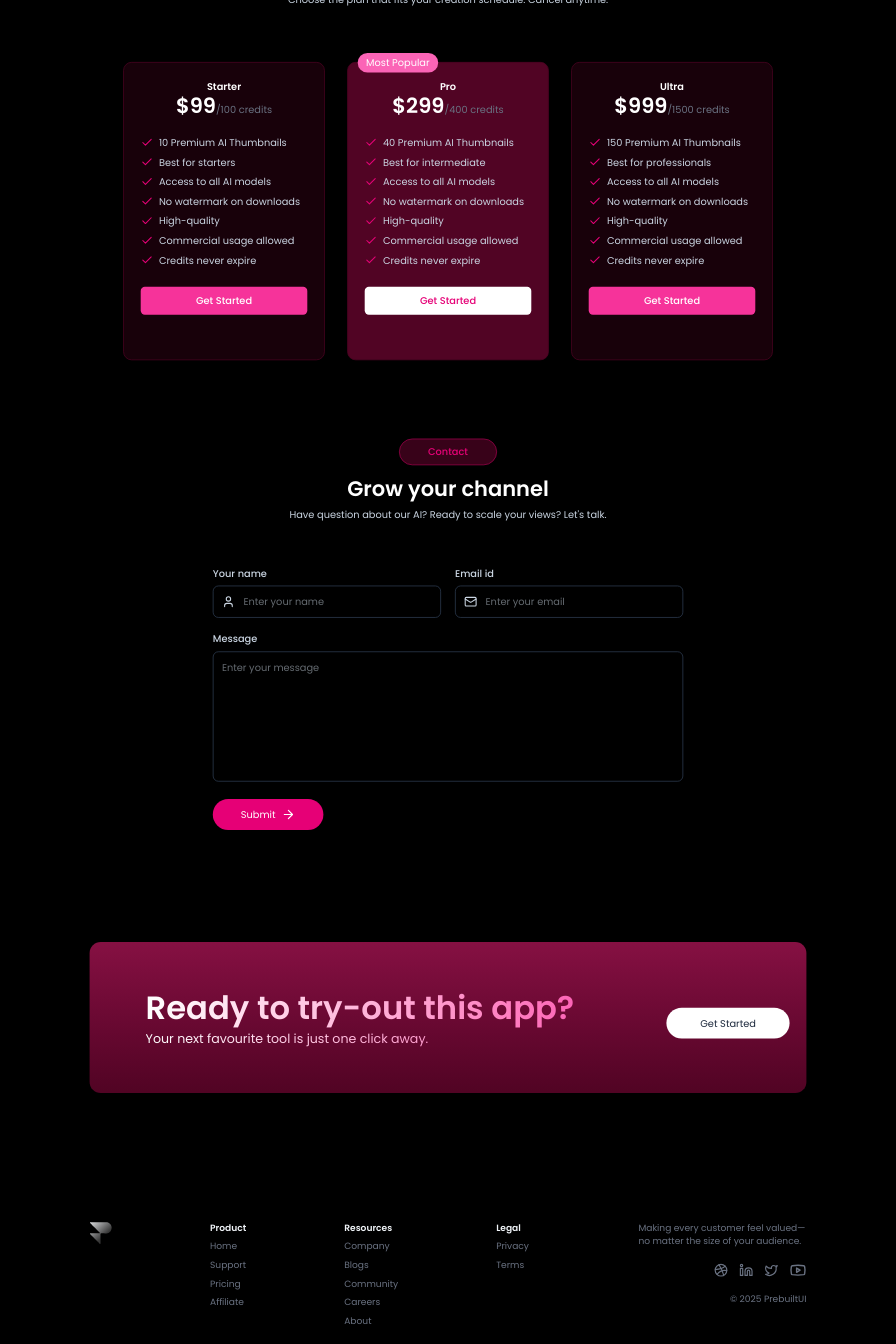
Repository: abhiraj33181/Thumblify
Page: / (app in client/)
The author's editor kept a copy of each file at every save. The page is drawn from the files as they stood at one save, then again after the next save.
The browser window is 1280 px wide. The pictures show the part of the page from y = 3442 to 5362 px (the page is 5362 px tall), at 70% of full size.
The project was rebuilt for these pictures with package versions that can differ from the ones it lists, and the page was loaded fresh each time. Also part of the build but not shown: client/vite.config.ts.

Above is the page before, as saved 2026-01-08 10:03:37.

### client/index.html
<!doctype html>
<html lang="en">

<head>
    <meta charset="UTF-8" />
    <link rel="icon" href="/favicon.svg" type="image/x-icon" />
    <meta name="viewport" content="width=device-width, initial-scale=1.0" />
    <title>Thumblify - AI Thumbnail Generator</title>
</head>

<body>
    <div id="root"></div>
    <script type="module" src="/src/main.jsx"></script>
</body>

</html>

### client/src/main.tsx
import { createRoot } from 'react-dom/client'
import App from './App.js'
import { BrowserRouter } from 'react-router-dom'

createRoot(document.getElementById('root')!).render(
    <BrowserRouter>
        <App />
    </BrowserRouter>,
)

### client/src/App.tsx
import { Route, Routes } from "react-router-dom";
import HomePage from "./pages/HomePage";
import Navbar from "./components/Navbar";
import Footer from "./components/Footer";
import "./globals.css";
import LenisScroll from "./components/LenisScroll";

export default function App() {
    return (
        <>
            <LenisScroll />
            <Navbar />
            <Routes>
                <Route path="/" element={<HomePage />} />
            </Routes>
            <Footer />
        </>
    );
}

### client/src/pages/HomePage.tsx
import HeroSection from "../sections/HeroSection";
import FeaturesSection from "../sections/FeaturesSection";
import TestimonialSection from "../sections/TestimonialSection";
import PricingSection from "../sections/PricingSection";
import ContactSection from "../sections/ContactSection";
import CTASection from "../sections/CTASection";

export default function HomePage() {
    return (
        <>
            <HeroSection />
            <FeaturesSection />
            <TestimonialSection />
            <PricingSection />
            <ContactSection />
            <CTASection />
        </>
    );
}

### client/src/globals.css
@import url('https://fonts.googleapis.com/css2?family=Poppins:ital,wght@0,100;0,200;0,300;0,400;0,500;0,600;0,700;0,800;0,900;1,100;1,200;1,300;1,400;1,500;1,600;1,700;1,800;1,900&display=swap');
@import "tailwindcss";

@theme {
    --font-poppins: "Poppins", sans-serif;
}

body {
    @apply bg-black text-white text-sm antialiased font-poppins;
}

body::selection {
    @apply bg-pink-600 text-white;
}

button {
    @apply cursor-pointer;
}

.move-gradient {
    background-image: linear-gradient(to right, var(--color-pink-500), var(--color-pink-300));
    background-size: 200% 100%;
    animation: movegradient 5s infinite;
}

@keyframes movegradient {
    0% {
        background-position: 0% 50%;
    }
    50% {
        background-position: 100% 50%;
    }
    100% {
        background-position: 0% 50%;
    }
}

### client/src/components/LenisScroll.tsx
import { useEffect } from "react";
import Lenis from "lenis";

export default function LenisScroll() {
    useEffect(() => {
        const lenis = new Lenis({
            duration: 1.2,
            smoothWheel: true,
            anchors: {
                offset: -100,
            },
        });

        const raf = (time: number) => {
            lenis.raf(time);
            requestAnimationFrame(raf);
        };

        requestAnimationFrame(raf);

        return () => {
            lenis.destroy();
        };
    }, []);

    return null;
}

### client/src/sections/TestimonialSection.tsx
import SectionTitle from "../components/SectionTitle";
import TestimonialCard from "../components/TestimonialCard";
import { testimonialsData } from "../data/testimonial";
import type { ITestimonial } from "../types";
import Marquee from "react-fast-marquee";

export default function TestimonialSection() {
    return (
        <div id="testimonials" className="px-4 md:px-16 lg:px-24 xl:px-32">
            <SectionTitle text1="Testimonials" text2="Loved by creator" text3="See how our AI thumbnails are helping channels explode their views." />

            <Marquee className="max-w-5xl mx-auto mt-11" gradient={true} speed={25} gradientColor="#000">
                <div className="flex items-center justify-center py-5 overflow-hidden">
                    {[...testimonialsData, ...testimonialsData].map((testimonial: ITestimonial, index: number) => (
                        <TestimonialCard key={index} index={index} testimonial={testimonial} />
                    ))}
                </div>
            </Marquee>
            <Marquee className="max-w-5xl mx-auto" gradient={true} speed={25} direction="right" gradientColor="#000">
                <div className="flex items-center justify-center py-5 overflow-hidden">
                    {[...testimonialsData, ...testimonialsData].map((testimonial: ITestimonial, index: number) => (
                        <TestimonialCard key={index} index={index} testimonial={testimonial} />
                    ))}
                </div>
            </Marquee>

        </div>
    );
}

### client/src/sections/PricingSection.tsx
'use client'
import SectionTitle from "../components/SectionTitle"
import { pricingData } from "../data/pricing";
import type { IPricing } from "../types";
import { CheckIcon } from "lucide-react";
import { motion } from "motion/react";

export default function PricingSection() {
    return (
        <div id="pricing" className="px-4 md:px-16 lg:px-24 xl:px-32">
            <SectionTitle text1="Pricing" text2="Simple Pricing" text3="Choose the plan that fits your creation schedule. Cancel anytime." />

            <div className="flex flex-wrap items-center justify-center gap-8 mt-20">
                {pricingData.map((plan: IPricing, index: number) => (
                    <motion.div key={index} className={`w-72 text-center border border-pink-950 p-6 pb-16 rounded-xl ${plan.mostPopular ? 'bg-pink-950 relative' : 'bg-pink-950/30'}`}
                        initial={{ y: 150, opacity: 0 }}
                        whileInView={{ y: 0, opacity: 1 }}
                        viewport={{ once: true }}
                        transition={{ delay: index * 0.15, type: "spring", stiffness: 320, damping: 70, mass: 1 }}
                    >
                        {plan.mostPopular && (
                            <p className="absolute px-3 text-sm -top-3.5 left-3.5 py-1 bg-pink-400 rounded-full">Most Popular</p>
                        )}
                        <p className="font-semibold">{plan.name}</p>
                        <h1 className="text-3xl font-semibold">${plan.price}<span className="text-gray-500 font-normal text-sm">/{plan.credits} credits</span></h1>
                        <ul className="list-none text-slate-300 mt-6 space-y-2">
                            {plan.features.map((feature, index) => (
                                <li key={index} className="flex items-center gap-2">
                                    <CheckIcon className="size-4.5 text-pink-600" />
                                    <p>{feature}</p>
                                </li>
                            ))}
                        </ul>
                        <button type="button" className={`w-full py-2.5 rounded-md font-medium mt-7 transition-all ${plan.mostPopular ? 'bg-white text-pink-600 hover:bg-slate-200' : 'bg-pink-500 hover:bg-pink-600'}`}>
                            Get Started
                        </button>
                    </motion.div>
                ))}
            </div>
        </div>
    );
}

### client/src/sections/CTASection.tsx
'use client'
import { motion } from "motion/react";

export default function CTASection() {
    return (
        <motion.div className="max-w-5xl py-16 mt-40 md:pl-20 md:w-full max-md:mx-4 md:mx-auto flex flex-col md:flex-row max-md:gap-6 items-center justify-between text-left bg-linear-to-b from-pink-900 to-pink-950 rounded-2xl p-6 text-white"
            initial={{ y: 150, opacity: 0 }}
            whileInView={{ y: 0, opacity: 1 }}
            viewport={{ once: true }}
            transition={{ type: "spring", stiffness: 320, damping: 70, mass: 1 }}
        >
            <div>
                <motion.h1 className="text-4xl md:text-[46px] md:leading-15 font-semibold bg-linear-to-r from-white to-pink-400 text-transparent bg-clip-text"
                    initial={{ y: 80, opacity: 0 }}
                    whileInView={{ y: 0, opacity: 1 }}
                    viewport={{ once: true }}
                    transition={{ type: "spring", stiffness: 280, damping: 70, mass: 1 }}
                >
                    Ready to try-out this app?
                </motion.h1>
                <motion.p className="bg-linear-to-r from-white to-pink-400 text-transparent bg-clip-text text-lg"
                    initial={{ y: 80, opacity: 0 }}
                    whileInView={{ y: 0, opacity: 1 }}
                    viewport={{ once: true }}
                    transition={{ type: "spring", stiffness: 200, damping: 70, mass: 1 }}
                >
                    Your next favourite tool is just one click away.
                </motion.p>
            </div>
            <motion.button className="px-12 py-3 text-slate-800 bg-white hover:bg-slate-200 rounded-full text-sm mt-4"
                initial={{ y: 80, opacity: 0 }}
                whileInView={{ y: 0, opacity: 1 }}
                viewport={{ once: true }}
                transition={{ type: "spring", stiffness: 280, damping: 70, mass: 1 }}
            >
                Get Started
            </motion.button>
        </motion.div>
    );
}

### client/src/data/footer.ts
import type { IFooter } from "../types";

export const footerData: IFooter[] = [
    {
        title: "Product",
        links: [
            { name: "Home", href: "#" },
            { name: "Support", href: "#support" },
            { name: "Pricing", href: "#pricing" },
            { name: "Affiliate", href: "#affiliate" },
        ]
    },
    {
        title: "Resources",
        links: [
            { name: "Company", href: "#company" },
            { name: "Blogs", href: "#blogs" },
            { name: "Community", href: "#community" },
            { name: "Careers", href: "#careers" },
            { name: "About", href: "#about" },
        ]
    },
    {
        title: "Legal",
        links: [
            { name: "Privacy", href: "#privacy" },
            { name: "Terms", href: "#terms" },
        ]
    }
];

### client/src/components/TiltImage.tsx
import { useRef, useState } from 'react';
import { motion, useMotionValue, useSpring } from 'motion/react';

const springValues = {
    damping: 30,
    stiffness: 100,
    mass: 2
};

export default function TiltedImage({ rotateAmplitude = 3, }) {
    const ref = useRef<HTMLDivElement>(null);
    const x = useMotionValue(0);
    const y = useMotionValue(0);
    const rotateX = useSpring(useMotionValue(0), springValues);
    const rotateY = useSpring(useMotionValue(0), springValues);
    const rotateFigcaption = useSpring(0, { stiffness: 350, damping: 30, mass: 1 });

    const [lastY, setLastY] = useState(0);

    function handleMouse(e: any) {
        if (!ref.current) return;

        const rect = ref.current.getBoundingClientRect();
        const offsetX = e.clientX - rect.left - rect.width / 2;
        const offsetY = e.clientY - rect.top - rect.height / 2;

        const rotationX = (offsetY / (rect.height / 2)) * -rotateAmplitude;
        const rotationY = (offsetX / (rect.width / 2)) * rotateAmplitude;

        rotateX.set(rotationX);
        rotateY.set(rotationY);

        x.set(e.clientX - rect.left);
        y.set(e.clientY - rect.top);

        const velocityY = offsetY - lastY;
        rotateFigcaption.set(-velocityY * 0.6);
        setLastY(offsetY);
    }

    function handleMouseLeave() {
        rotateX.set(0);
        rotateY.set(0);
        rotateFigcaption.set(0);
    }

    return (
        <motion.figure ref={ref} className="relative w-full h-full perspective-midrange mt-16 max-w-4xl mx-auto flex flex-col items-center justify-center" onMouseMove={handleMouse} onMouseLeave={handleMouseLeave}
            initial={{ y: 150, opacity: 0 }}
            whileInView={{ y: 0, opacity: 1 }}
            viewport={{ once: true }}
            transition={{ type: "spring", stiffness: 320, damping: 70, mass: 1 }}
        >
            <motion.div className="relative transform-3d w-full max-w-4xl" style={{ rotateX, rotateY }} >
                <motion.img src="/hero_img.png"
                    className="borderb bg-linear-180 from-pink-500 to transparent p-1 w-full rounded-[15px] will-change-transform transform-[translateZ(0)]"
                    alt="hero section showcase"
                />
            </motion.div>
        </motion.figure>
    );
}

### client/src/components/SectionTitle.tsx
import type { SectionTitleProps } from "../types";
import { motion } from "motion/react";

export default function SectionTitle({ text1, text2, text3 }: SectionTitleProps) {
    return (
        <>
            <motion.p className="text-center font-medium text-pink-600 mt-28 px-10 py-2 rounded-full bg-pink-950/70 border border-pink-800 w-max mx-auto"
                initial={{ y: 120, opacity: 0 }}
                whileInView={{ y: 0, opacity: 1 }}
                viewport={{ once: true }}
                transition={{ type: "spring", stiffness: 320, damping: 70, mass: 1 }}
            >
                {text1}
            </motion.p>
            <motion.h3 className="text-3xl font-semibold text-center mx-auto mt-4"
                initial={{ y: 120, opacity: 0 }}
                whileInView={{ y: 0, opacity: 1 }}
                viewport={{ once: true }}
                transition={{ type: "spring", stiffness: 280, damping: 70, mass: 1 }}
            >
                {text2}
            </motion.h3>
            <motion.p className="text-slate-300 text-center mt-2 max-w-xl mx-auto"
                initial={{ y: 120, opacity: 0 }}
                whileInView={{ y: 0, opacity: 1 }}
                viewport={{ once: true }}
                transition={{ type: "spring", stiffness: 240, damping: 70, mass: 1 }}
            >
                {text3}
            </motion.p>
        </>
    );
}

### client/src/data/features.tsx
import type { IFeature } from "../types";

export const featuresData: IFeature[] = [
    {
        icon: "/assets/zap-icon.svg",
        title: "Smart Analysis",
        description: "Our AI analyzes video content to suggest the most clickable concepts.",
    },
    {
        icon: "/assets/thumb-icon.svg",
        title: "Eye-Catching Designs",
        description: "Generate vibrant, high-contrast thumbnails that stand out in the feed.",
    },
    {
        icon: "/assets/shape-icon.svg",
        title: "Fully Editable",
        description: "Get fully layered designs you can tweak to perfection if needed.",
    },
];

### client/src/components/TestimonialCard.tsx
import { motion } from "motion/react";
import type { TestimonialCardProps } from "../types";

export default function TestimonialCard({ testimonial, index }: TestimonialCardProps) {
    return (
        <motion.div className="p-4 rounded-lg mx-4 w-72 shrink-0 bg-pink-950/30 border border-pink-950"
            initial={{ y: 150, opacity: 0 }}
            whileInView={{ y: 0, opacity: 1 }}
            viewport={{ once: true }}
            transition={{ delay: index * 0.15, type: "spring", stiffness: 320, damping: 70, mass: 1 }}
        >
            <div className="flex gap-2">
                <img className="size-11 rounded-full" src={testimonial.image} alt={testimonial.name} height={50} width={50} />
                <div className="flex flex-col">
                    <div className="flex items-center gap-1">
                        <p>{testimonial.name}</p>
                        <svg className="mt-0.5" width="12" height="12" viewBox="0 0 12 12" fill="none" xmlns="http://www.w3.org/2000/svg">
                            <path fillRule="evenodd" clipRule="evenodd" d="M4.555.72a4 4 0 0 1-.297.24c-.179.12-.38.202-.59.244a4 4 0 0 1-.38.041c-.48.039-.721.058-.922.129a1.63 1.63 0 0 0-.992.992c-.071.2-.09.441-.129.922a4 4 0 0 1-.041.38 1.6 1.6 0 0 1-.245.59 3 3 0 0 1-.239.297c-.313.368-.47.551-.56.743-.213.444-.213.96 0 1.404.09.192.247.375.56.743.125.146.187.219.24.297.12.179.202.38.244.59.018.093.026.189.041.38.039.48.058.721.129.922.163.464.528.829.992.992.2.071.441.09.922.129.191.015.287.023.38.041.21.042.411.125.59.245.078.052.151.114.297.239.368.313.551.47.743.56.444.213.96.213 1.404 0 .192-.09.375-.247.743-.56.146-.125.219-.187.297-.24.179-.12.38-.202.59-.244a4 4 0 0 1 .38-.041c.48-.039.721-.058.922-.129.464-.163.829-.528.992-.992.071-.2.09-.441.129-.922a4 4 0 0 1 .041-.38c.042-.21.125-.411.245-.59.052-.078.114-.151.239-.297.313-.368.47-.551.56-.743.213-.444.213-.96 0-1.404-.09-.192-.247-.375-.56-.743a4 4 0 0 1-.24-.297 1.6 1.6 0 0 1-.244-.59 3 3 0 0 1-.041-.38c-.039-.48-.058-.721-.129-.922a1.63 1.63 0 0 0-.992-.992c-.2-.071-.441-.09-.922-.129a4 4 0 0 1-.38-.041 1.6 1.6 0 0 1-.59-.245A3 3 0 0 1 7.445.72C7.077.407 6.894.25 6.702.16a1.63 1.63 0 0 0-1.404 0c-.192.09-.375.247-.743.56m4.07 3.998a.488.488 0 0 0-.691-.69l-2.91 2.91-.958-.957a.488.488 0 0 0-.69.69l1.302 1.302c.19.191.5.191.69 0z" fill="#2196F3" />
                        </svg>
                    </div>
                    <span className="text-xs text-slate-500">{testimonial.handle}</span>
                </div>
            </div>
            <p className="text-sm pt-4 text-slate-500 line-clamp-2">
                {testimonial.quote}
            </p>
        </motion.div>
    );
}

### client/src/data/testimonial.ts
import type { ITestimonial } from "../types";

export const testimonialsData: ITestimonial[] = [
    {
        image: 'https://images.unsplash.com/photo-1633332755192-727a05c4013d?q=80&w=200',
        name: 'Sophia Carter',
        handle: '@sophiacodes',
        date: 'February 14, 2025',
        quote: 'This SaaS app has completely streamlined our onboarding process. What used to take hours now takes minutes!',
    },
    {
        image: 'https://images.unsplash.com/photo-1535713875002-d1d0cf377fde?q=80&w=200',
        name: 'Ethan Walker',
        handle: '@ethanwrites',
        date: 'March 3, 2025',
        quote: 'We’ve tried several tools, but nothing comes close in terms of speed and simplicity. Absolute game-changer.',
    },
    {
        image: 'https://images.unsplash.com/photo-1527980965255-d3b416303d12?w=200&auto=format&fit=crop&q=60',
        name: 'Maya Patel',
        handle: '@mayapatel',
        date: 'April 22, 2025',
        quote: 'The automation features alone have saved our team countless hours every week. Worth every penny.',
    },
    {
        image: 'https://images.unsplash.com/photo-1522075469751-3a6694fb2f61?w=200&auto=format&fit=crop&q=60',
        name: 'Liam Brooks',
        handle: '@liambrooks',
        date: 'May 18, 2025',
        quote: 'Setup was ridiculously easy. Within 10 minutes, we were running live and onboarding our first customers.',
    },
];

### client/src/data/pricing.ts
import type { IPricing } from "../types";

export const pricingData: IPricing[] = [
    {
        name: "Starter",
        price: 99,
        period: "one-time",
        credits: 100,
        features: [
            "10 Premium AI Thumbnails",
            "Best for starters",
            "Access to all AI models",
            "No watermark on downloads",
            "High-quality",
            "Commercial usage allowed",
            "Credits never expire"
        ],
        mostPopular: false
    },
    {
        name: "Pro",
        price: 299,
        period: "one-time",
        credits: 400,
        features: [
            "40 Premium AI Thumbnails",
            "Best for intermediate",
            "Access to all AI models",
            "No watermark on downloads",
            "High-quality",
            "Commercial usage allowed",
            "Credits never expire"
        ],
        mostPopular: true
    },
    {
        name: "Ultra",
        price: 999,
        period: "one-time",
        credits: 1500,
        features: [
            "150 Premium AI Thumbnails",
            "Best for professionals",
            "Access to all AI models",
            "No watermark on downloads",
            "High-quality",
            "Commercial usage allowed",
            "Credits never expire"
        ],
        mostPopular: false
    }
];

Loaded but not shown: client/src/sections/FeaturesSection.tsx (69 lines, source omitted); client/src/sections/HeroSection.tsx (79 lines, source omitted); client/src/components/Footer.tsx (59 lines, source omitted); client/src/sections/ContactSection.tsx (59 lines, source omitted); client/src/components/Navbar.tsx (52 lines, source omitted)

After the next save:
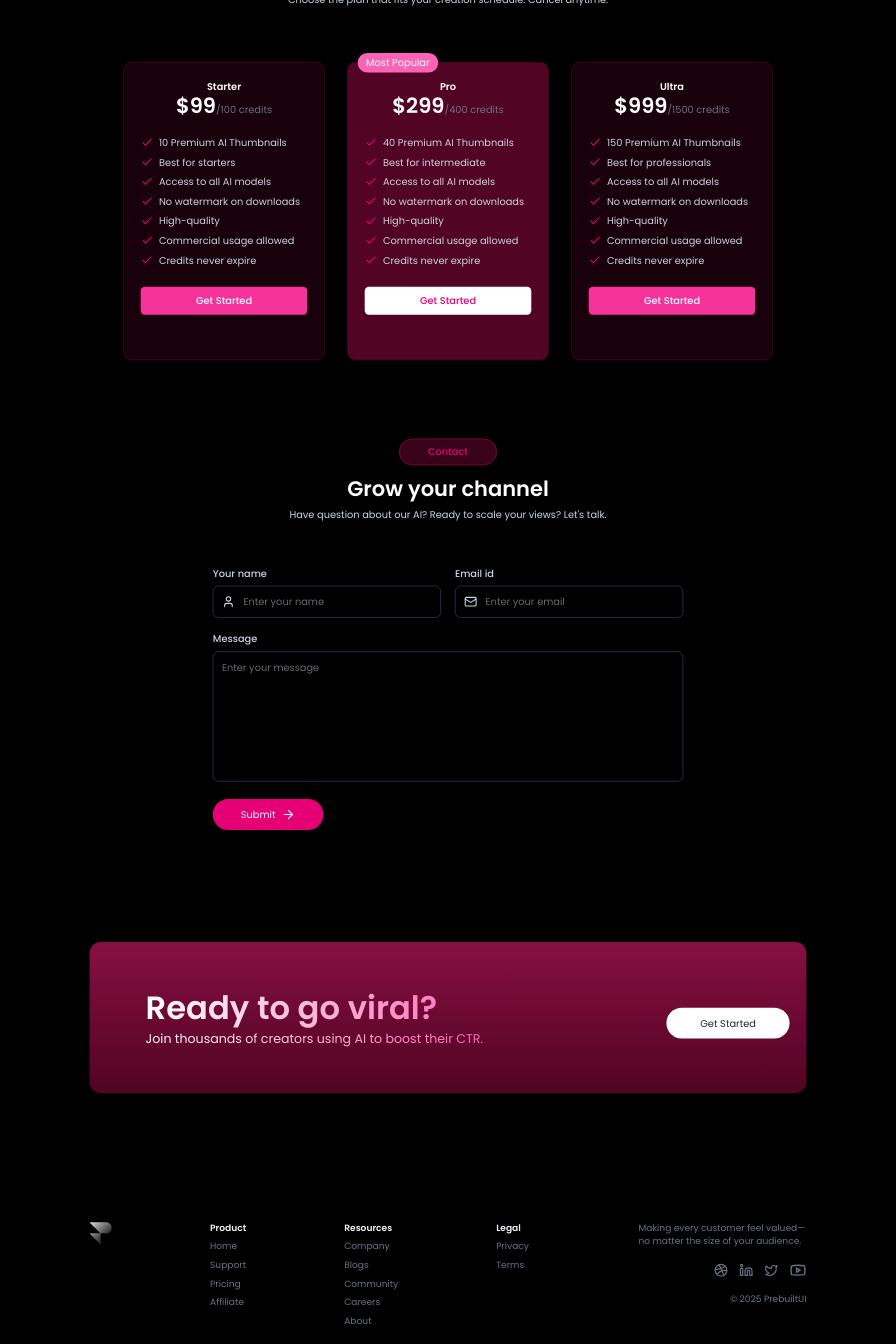
Saved 110 s later.
--- a/client/src/sections/CTASection.tsx
+++ b/client/src/sections/CTASection.tsx
@@ -16,7 +16,7 @@ export default function CTASection() {
                     viewport={{ once: true }}
                     transition={{ type: "spring", stiffness: 280, damping: 70, mass: 1 }}
                 >
-                    Ready to try-out this app?
+                    Ready to go viral?
                 </motion.h1>
                 <motion.p className="bg-linear-to-r from-white to-pink-400 text-transparent bg-clip-text text-lg"
                     initial={{ y: 80, opacity: 0 }}
@@ -24,7 +24,7 @@ export default function CTASection() {
                     viewport={{ once: true }}
                     transition={{ type: "spring", stiffness: 200, damping: 70, mass: 1 }}
                 >
-                    Your next favourite tool is just one click away.
+                    Join thousands of creators using AI to boost their CTR.
                 </motion.p>
             </div>
             <motion.button className="px-12 py-3 text-slate-800 bg-white hover:bg-slate-200 rounded-full text-sm mt-4"
